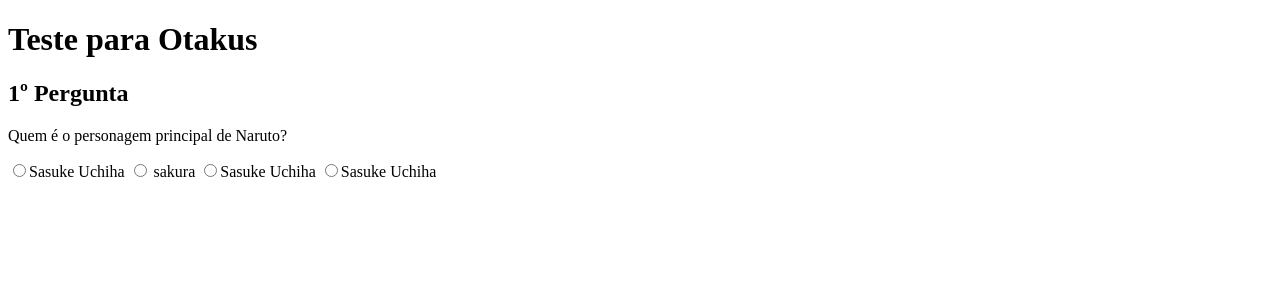
Repository: raullino230/Otako-Quiz
Page: site.html
An editor plug-in stored every save of this project. The page is shown before and after a run of saves, followed by the edit.
The browser window is 1280 px wide. The pictures show the whole page.

Above is the page before, as saved 2025-09-30 20:25:18.

### site.html
<!DOCTYPE html>
<html lang="en">
<head>
    <meta charset="UTF-8">
    <meta name="viewport" content="width=device-width, initial-scale=1.0">
    <title>Quiz Otaku</title>
    <link rel="stylesheet" href="styles.css">
</head>
<body>
    <h1 class="titulo">Teste para Otakus</h1>
    <h2 class="questão1">1º Pergunta</h2>
    <form id="alternativa1">
        <p id="a1" class="quiz1"> Quem é o personagem principal de Naruto?</p>
        <label>
            <input type="radio" name="alternativa1" value="a">Sasuke Uchiha
        </label>
        <label>
            <input type="radio" name="alternativa2" value="b">  sakura
        </label>
        <label>
            <input type="radio" name="alternativa1" value="a">Sasuke Uchiha
        </label>
        <label>
            <input type="radio" name="alternativa1" value="a">Sasuke Uchiha
        </label>
    </form>

</body>
</html>

Loaded but not shown: styles.css (no copy from this time; the picture is the same without it)

After the next 2 saves:
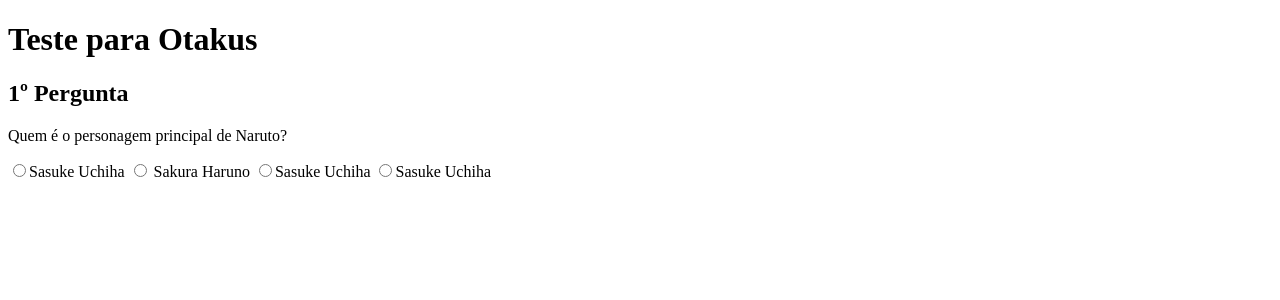
The 2 saves are shown as one change because they came seconds apart.
The last was saved 12 s later.
--- a/site.html
+++ b/site.html
@@ -15,7 +15,7 @@
             <input type="radio" name="alternativa1" value="a">Sasuke Uchiha
         </label>
         <label>
-            <input type="radio" name="alternativa2" value="b">  sakura
+            <input type="radio" name="alternativa2" value="b">  Sakura Haruno
         </label>
         <label>
             <input type="radio" name="alternativa1" value="a">Sasuke Uchiha
